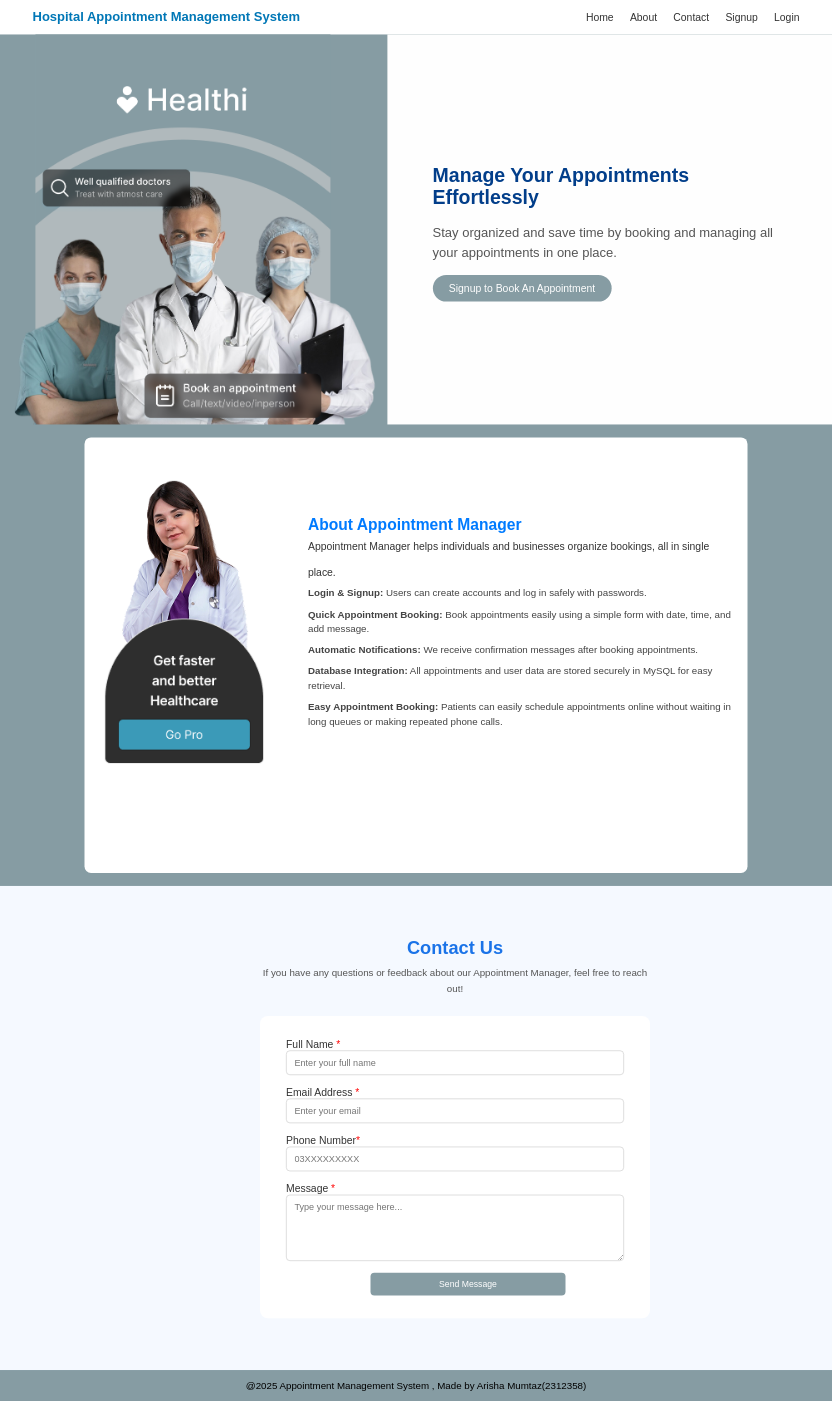
Repository: Arisha004/hospital-management-midterm-
Page: landingpage.html
These files come from the project's save history. The page is drawn as it stood at one moment and after a run of saves; the edit follows.
The browser window is 1280 px wide. The pictures show the whole page, at 65% of full size.

Above is the page before, as saved 2025-11-08 14:45:19.

After the next 2 saves:
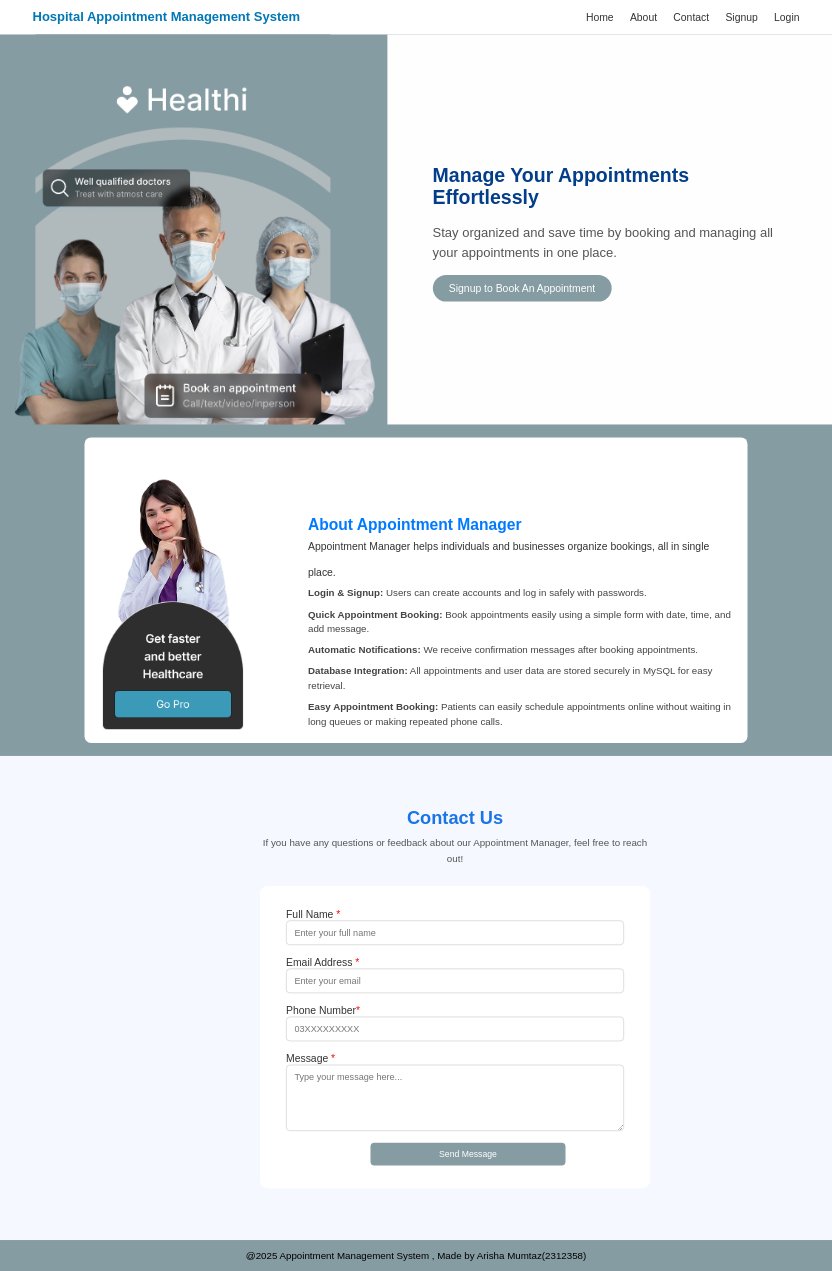
The 2 saves are shown as one change because they came seconds apart.
The last was saved 7 s later.
--- a/landingpage.html
+++ b/landingpage.html
@@ -54,7 +54,7 @@ a{
   </section>
   <section class="container about-inner">
 
-    <section class="landing" style="">
+    <section class="landing" style="height: 400px;">
       <div class="rightabout"></div>
     <div class="leftabout">
 
